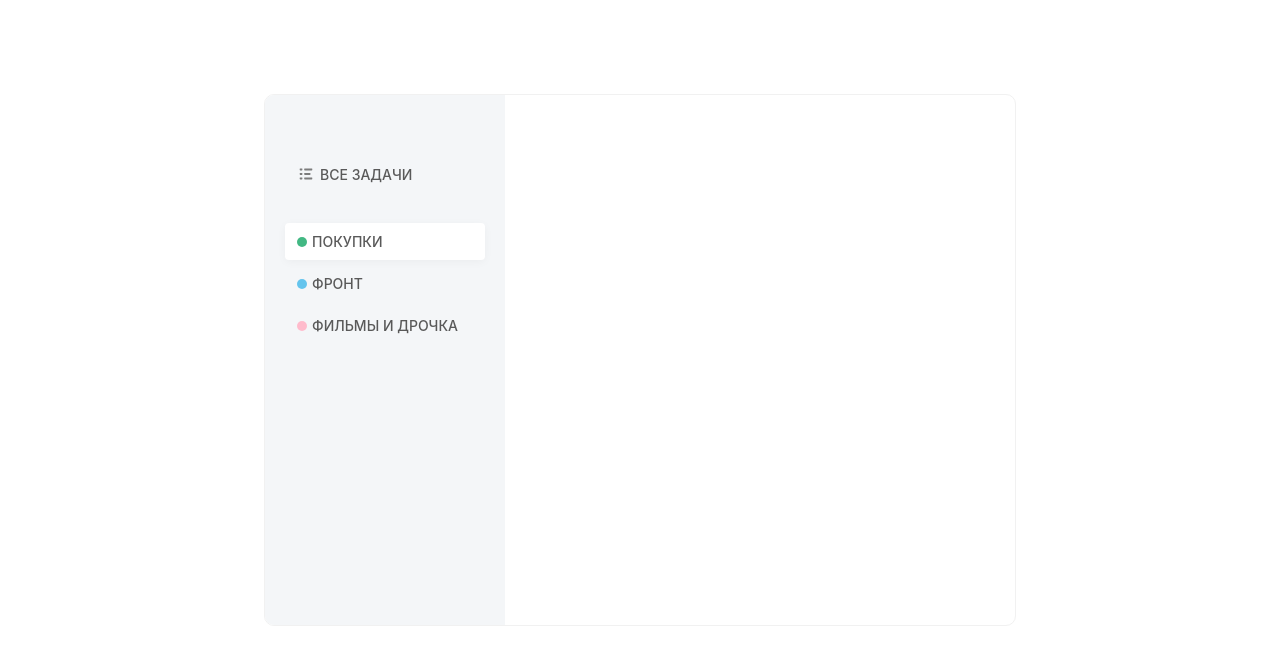
Repository: AzimAzimov/Todo
Page: /
These files come from the project's save history. The page is drawn as it stood at one moment and after the next save; the edit follows.
The browser window is 1280 px wide. The pictures show the whole page.
The project was rebuilt for these pictures with package versions that can differ from the ones it lists, and the page was loaded fresh each time.

Above is the page before, as saved 2023-02-17 19:13:19.

### src/index.js
import React from 'react';
import ReactDOM from 'react-dom/client';
import './scss/index.scss';
import App from './App';

const root = ReactDOM.createRoot(document.getElementById('root'));
root.render(
  <React.StrictMode>
    <App />
  </React.StrictMode>
);

### src/scss/index.scss
@import "_normalize.scss";

body {
  margin: 0;
  font-family: -apple-system, BlinkMacSystemFont, 'Segoe UI', 'Montserrat', 'Oxygen',
    'Ubuntu', 'Cantarell', 'Fira Sans', 'Droid Sans', 'Helvetica Neue',
    sans-serif;
  -webkit-font-smoothing: antialiased;
  -moz-osx-font-smoothing: grayscale;
}

.todo {
  position: absolute;
  left: 50%;
  top: 50%;
  width: 750px;
  height: 530px;
  transform: translate(-50%, -50%);
  border: 1px solid #f1f1f1;
  border-radius: 10px;
  overflow: hidden;
  font-size: 14px;
  // background-color: #F4F6F8;
  &__sidebar {
    background: #F4F6F8;
    width: 200px;
    height: 100%;
    padding: 60px 20px;
  }

}

### src/App.js

import List from './components/sidebar/List';
import './scss/index.scss';


function App() {
  return (
    <div className="todo">
      <div className="todo__sidebar">
        <List items={[
          {
            icon: (
              <svg width="18" height="18" viewBox="0 0 18 18" fill="none" xmlns="http://www.w3.org/2000/svg">
                <path d="M12.96 8.10001H7.74001C7.24321 8.10001 7.20001 8.50231 7.20001 9.00001C7.20001 9.49771 7.24321 9.90001 7.74001 9.90001H12.96C13.4568 9.90001 13.5 9.49771 13.5 9.00001C13.5 8.50231 13.4568 8.10001 12.96 8.10001V8.10001ZM14.76 12.6H7.74001C7.24321 12.6 7.20001 13.0023 7.20001 13.5C7.20001 13.9977 7.24321 14.4 7.74001 14.4H14.76C15.2568 14.4 15.3 13.9977 15.3 13.5C15.3 13.0023 15.2568 12.6 14.76 12.6ZM7.74001 5.40001H14.76C15.2568 5.40001 15.3 4.99771 15.3 4.50001C15.3 4.00231 15.2568 3.60001 14.76 3.60001H7.74001C7.24321 3.60001 7.20001 4.00231 7.20001 4.50001C7.20001 4.99771 7.24321 5.40001 7.74001 5.40001ZM4.86001 8.10001H3.24001C2.74321 8.10001 2.70001 8.50231 2.70001 9.00001C2.70001 9.49771 2.74321 9.90001 3.24001 9.90001H4.86001C5.35681 9.90001 5.40001 9.49771 5.40001 9.00001C5.40001 8.50231 5.35681 8.10001 4.86001 8.10001ZM4.86001 12.6H3.24001C2.74321 12.6 2.70001 13.0023 2.70001 13.5C2.70001 13.9977 2.74321 14.4 3.24001 14.4H4.86001C5.35681 14.4 5.40001 13.9977 5.40001 13.5C5.40001 13.0023 5.35681 12.6 4.86001 12.6ZM4.86001 3.60001H3.24001C2.74321 3.60001 2.70001 4.00231 2.70001 4.50001C2.70001 4.99771 2.74321 5.40001 3.24001 5.40001H4.86001C5.35681 5.40001 5.40001 4.99771 5.40001 4.50001C5.40001 4.00231 5.35681 3.60001 4.86001 3.60001Z" fill="black"/>
              </svg>
            ),
            name: 'Все задачи',
          }
        ]} />
        <List items={[
          {
            color: 'green',
            name: 'Покупки',
            active: true,
          },
          {
            color: 'blue',
            name: 'Фронт',
          },
          {
            color: 'pink',
            name: 'Фильмы и дрочка',
          },
        ]} />
      </div>
      <div className='todo__tasks'></div>
    </div>
  );
}

export default App;

### src/scss/_normalize.scss
* {
  padding: 0;
  margin: 0;
  list-style: none;
  outline: none;
}

html {
  -ms-text-size-adjust: 100%;
  -webkit-text-size-adjust: 100%;
}

body {
  -moz-osx-font-smoothing: grayscale;
  -webkit-font-smoothing: antialiased;

}

a,
span,
p,
b,
h1,
h2,
h3,
h4,
h5 {
  margin: 0;
  padding: 0;
  text-decoration: none
}

h1 {
  font-size: 48px;
}

h2 {
  font-weight: 600;
  font-size: 28px;
  line-height: 30px;
}

a {
  text-decoration: none;
}

### src/components/sidebar/List.jsx
import React from 'react'

import './List.scss';

const List = ({ items }) => {
  return (
    <ul className='todo__list'>
      {items.map(item => (
        <li className={item.active ? 'active' : ''}>
          <i>
            {item.icon ? (
              item.icon
            ) : (
              <i className={`badge badge__${item.color}`}>{items.color}</i>
            )}
          </i>
          <span>{item.name}</span>
        </li>
      ))}
    </ul>
  )
}

export default List

### src/components/sidebar/List.scss
.todo__list {
  margin-bottom: 30px;
  li {
    display: flex;
    align-items: center;
    gap: 5px;
    padding: 10px 12px;
    margin-bottom: 5px;
    cursor: pointer;
    &.active {
      background: #FFFFFF;
      box-shadow: 0px 2px 10px rgba(0, 0, 0, 0.04);
      border-radius: 4px;
    }

    i {
      display: inline-flex;
      svg {
        path {
          fill: #7C7C7C;
        }
      }
    }

    span {
      text-transform: uppercase;
      font-weight: 500;
      color: #595959;
    }
  }

  .badge {
    width: 10px;
    height: 10px;
    border-radius: 50%;
    &__green {
      background-color: #42B883;
    }

    &__blue {
      background-color: #64C4ED;
    }

    &__pink {
      background-color: #FFBBCC;
    }
  }
}

Loaded but not shown: public/index.html (common file)

After the next save:
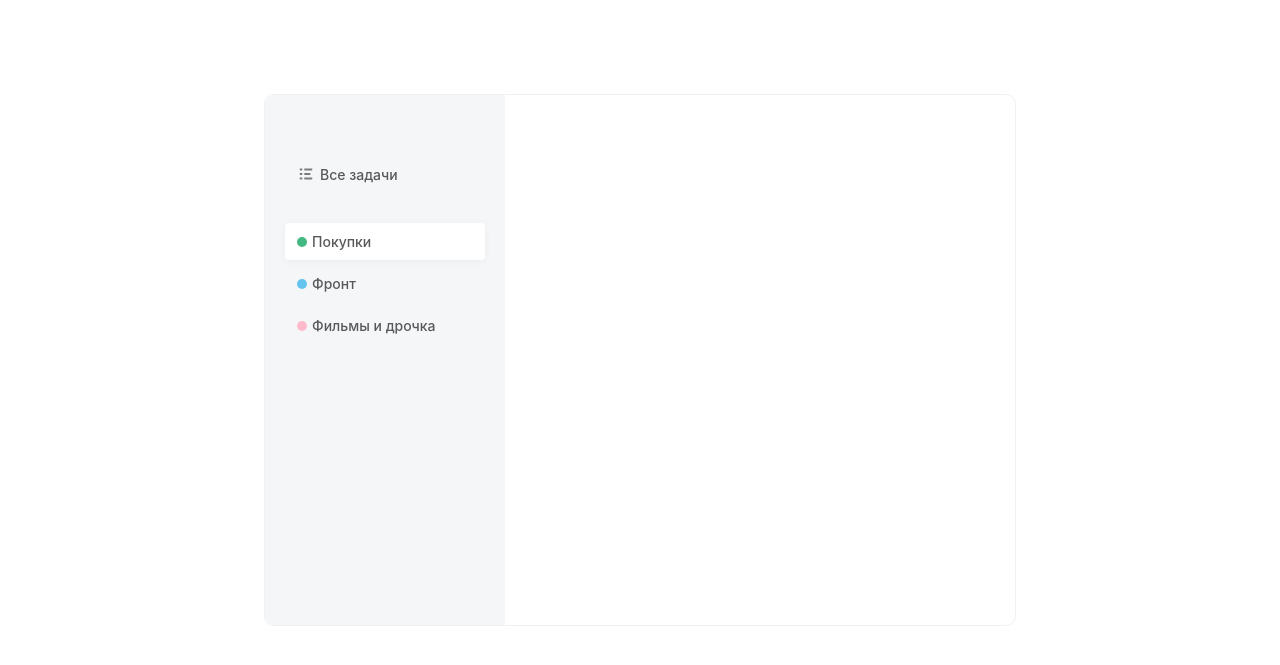
Saved 27 s later.
--- a/src/components/sidebar/List.scss
+++ b/src/components/sidebar/List.scss
@@ -23,7 +23,6 @@
     }
 
     span {
-      text-transform: uppercase;
       font-weight: 500;
       color: #595959;
     }
